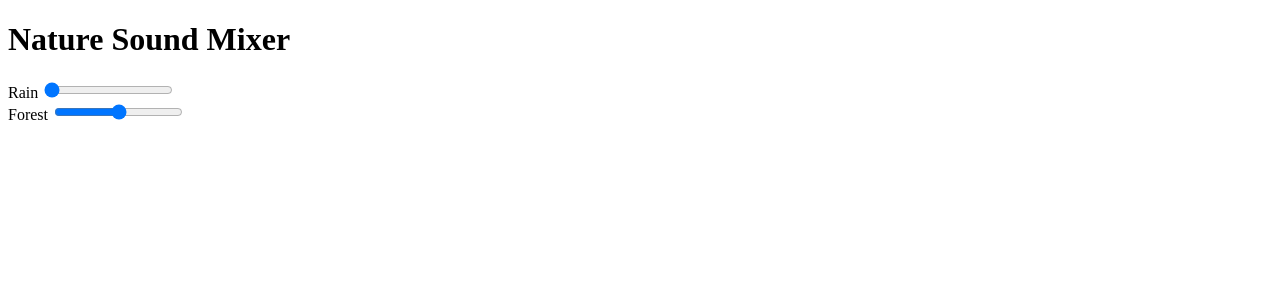
Repository: Suonii/nature-sound-mixer
Page: index.html
An editor plug-in stored every save of this project. The page is shown before and after a run of saves, followed by the edit.
The browser window is 1280 px wide. The pictures show the whole page.

Above is the page before, as saved 2024-07-24 09:33:00.

### index.html
<!DOCTYPE html>
<!-- Declares the document type and version of HTML-->
<html lang="en">
<!-- Sets the language attribute to english-->
<head>
    <!--sets the character encoding for the document UTF-8-->
    <meta charset="UTF=8">
    <!--ensures the page is responsive to different screen sizes and sets the viewport(the visible area of a webpage)-->
    <meta name="viewport" content="width=device-width, initial-scale=1.0">
    <!--the title of the webpage, displayed in the browser tab-->
    <title>Nature Sound Mixer</title>
    <!--links to the external css file for styling the webpage-->
    <link rel="stylesheet" href="styles.css">

</head>
<body>
    <!--The main container for te content of the web page-->
    <div class="container">
        <!--header title for the nature sound mixer-->
        <h1>Nature Sound Mixer</h1>

        <!--sound control section for rain sound-->
        <div class="sound control" id="rain">
            <!--label for the rain volume slider-->
            <label for="rain-slider">Rain</label>
            <!--Range input slider for controlling rain sound volume-->
            <input type="range" min="0" max="1" step="0.01" value="0" class="volume-slider" id="rain-slider">
    </div>

    <!--sound control section for forest sound-->
    <div class="sound-control" id="forest">
        <!--label for the forest volume slider-->
        <label for="forest-slider">Forest</label>
        <!--Range input slider for controlling forest sound volume -->
        <input type="range"

    </div>
</body>

Loaded but not shown: styles.css (no copy from this time; the picture is the same without it)

After the next 4 saves:
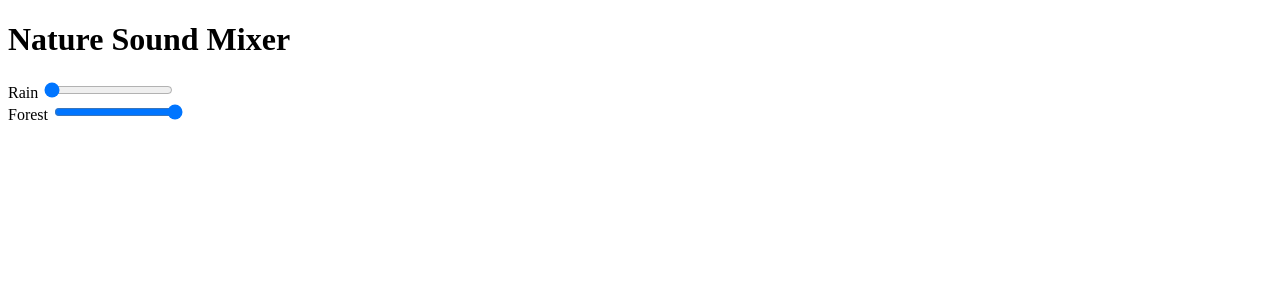
The 4 saves are shown as one change because they came seconds apart.
The last was saved 10 s later.
--- a/index.html
+++ b/index.html
@@ -32,7 +32,7 @@
         <!--label for the forest volume slider-->
         <label for="forest-slider">Forest</label>
         <!--Range input slider for controlling forest sound volume -->
-        <input type="range"
+        <input type="range" min="0" max="1"
 
     </div>
 </body>

After the 2 saves that followed:
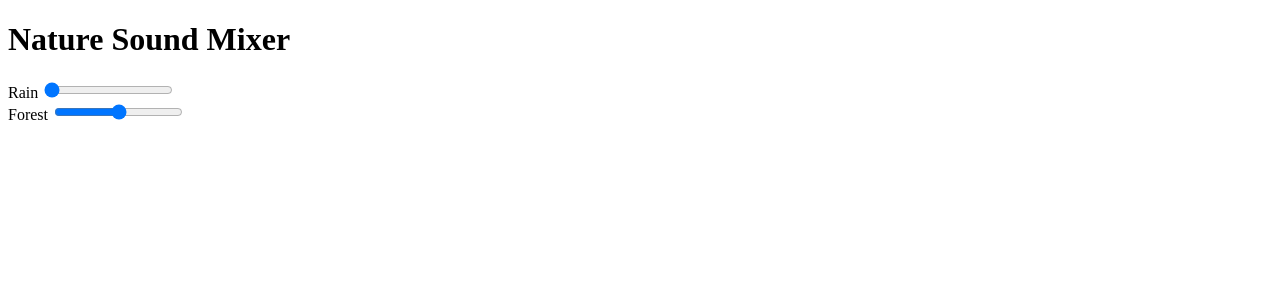
The 2 saves are shown as one change because they came seconds apart.
The last was saved 7 s later.
--- a/index.html
+++ b/index.html
@@ -32,7 +32,7 @@
         <!--label for the forest volume slider-->
         <label for="forest-slider">Forest</label>
         <!--Range input slider for controlling forest sound volume -->
-        <input type="range" min="0" max="1"
+        <input type="range" min="0" max="1" step="0.01"
 
     </div>
 </body>
